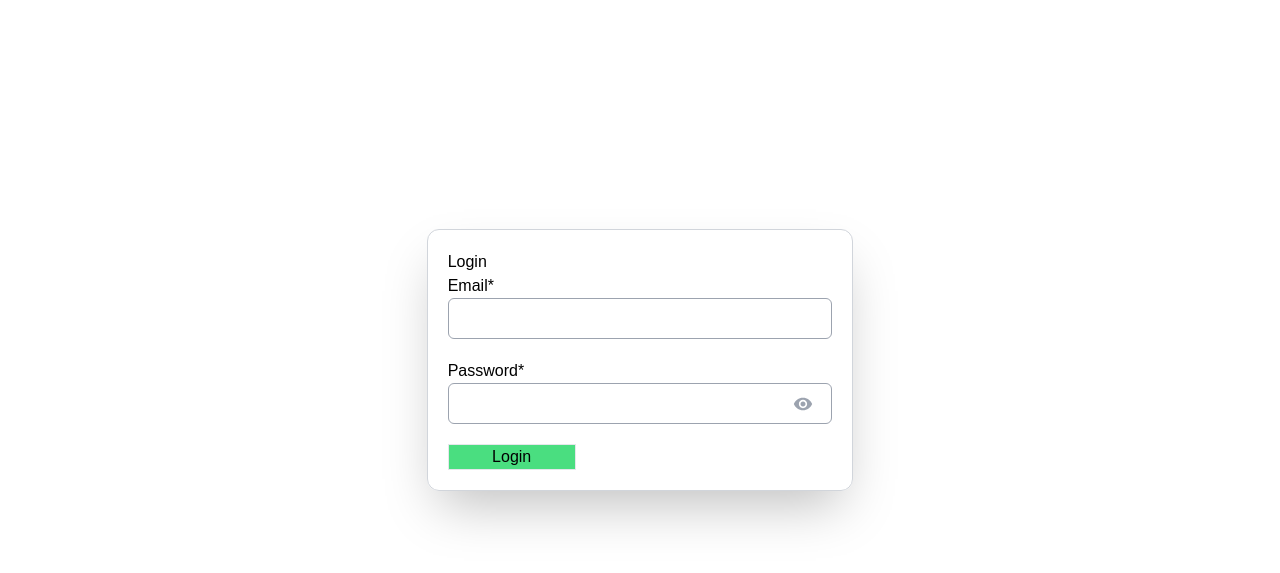
Repository: Qu4ntumGuy/support-ai
Page: /auth (app in frontend/)
These files come from the project's save history. The page is drawn as it stood at one moment and after the next save; the edit follows.
The browser window is 1280 px wide. The pictures show the whole page.
The project was rebuilt for these pictures with package versions that can differ from the ones it lists, and the page was loaded fresh each time.

Above is the page before, as saved 2024-07-13 18:47:41.

After the next save:
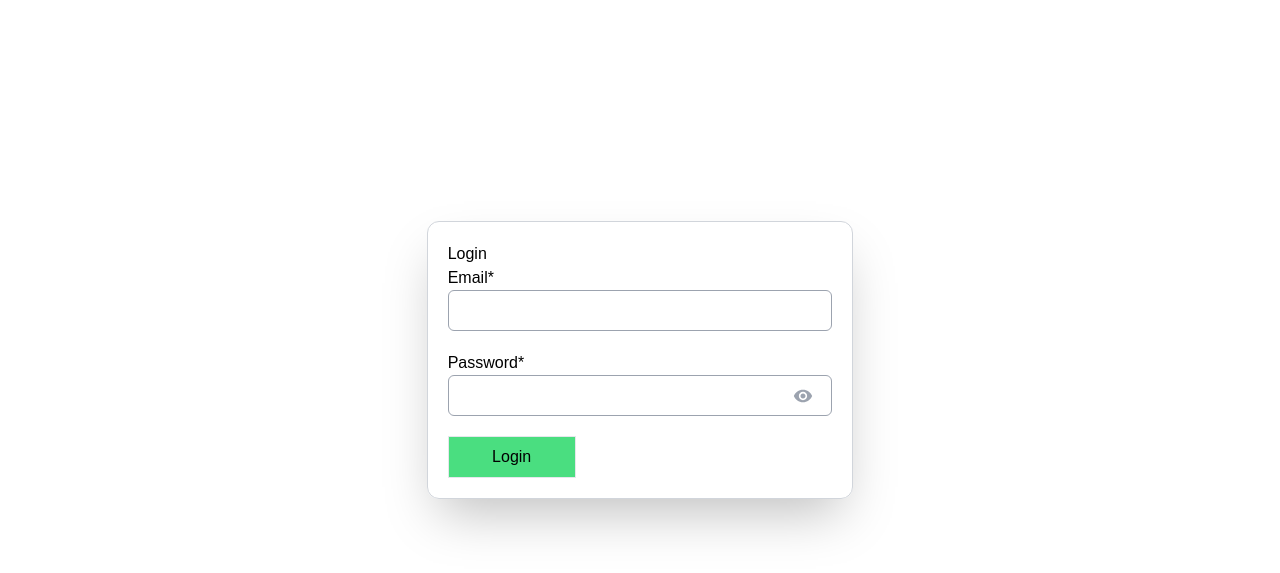
Saved 7 s later.
--- a/frontend/src/Pages/Auth/Auth.js
+++ b/frontend/src/Pages/Auth/Auth.js
@@ -64,7 +64,7 @@ function Auth() {
                 </div>
               </div>
             </div>
-            <button className="w-32 border bg-green-400">
+            <button className="w-32 border bg-green-400 p-2">
               {loading ? "Loading..." : "Login"}
             </button>
           </form>
